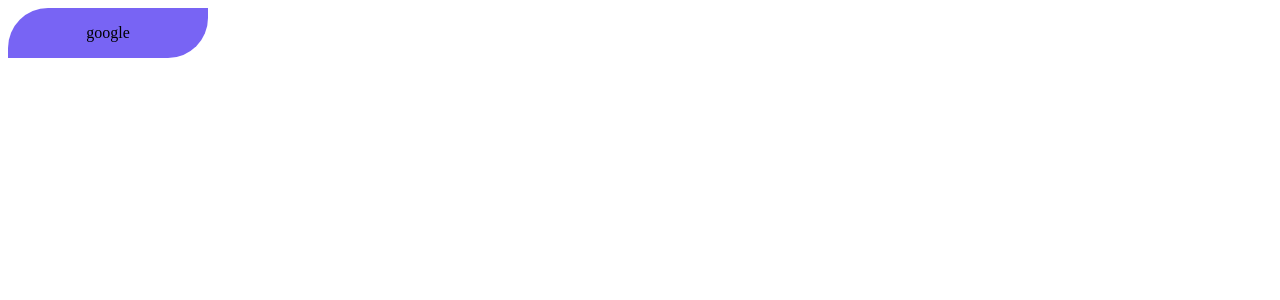
Repository: Aakarshit-Sharma19/Basic-HTML-and-CSS-Page-
Page: index.html
An editor plug-in stored every save of this project. The page is shown before and after the next save, followed by the edit.
The browser window is 1280 px wide. The pictures show the whole page.

Above is the page before, as saved 2020-11-07 13:52:13.

After the next save:
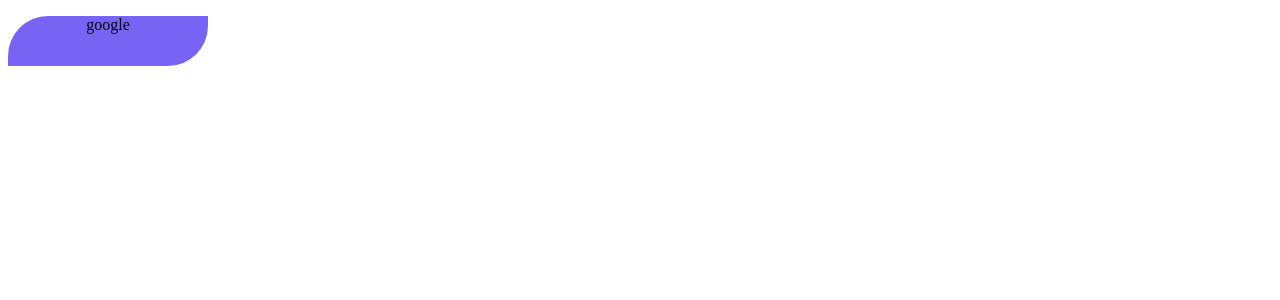
Saved 5 s later.
--- a/index.html
+++ b/index.html
@@ -7,7 +7,6 @@
     <style>
         .shape{
             text-align: center;
-            align-content: center;
             width: 200px;
             height: 50px;
             background: #7864F4;
